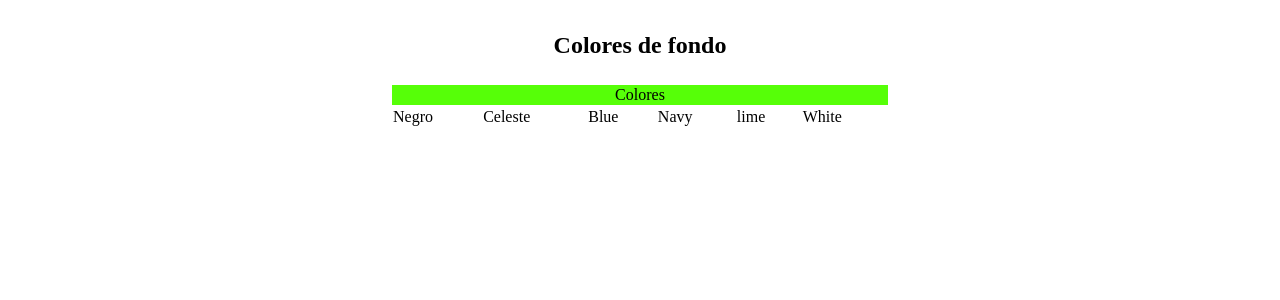
Repository: ThePerez/ArgProg
Page: Practicas ArgProg/Practica 3/Ejercicio 5/index.html
The author's editor kept a copy of each file at every save. The page is drawn from the files as they stood at one save, then again after the next save.
The browser window is 1280 px wide. The pictures show the whole page.

Above is the page before, as saved 2023-03-14 12:07:36.

### Practicas ArgProg/Practica 3/Ejercicio 5/index.html
<!DOCTYPE html>
<html lang="en">

<head>
     <meta charset="UTF-8">
     <meta http-equiv="X-UA-Compatible" content="IE=edge">
     <meta name="viewport" content="width=device-width, initial-scale=1.0">
     <title>Ejercicio 5</title>
     <link rel="stylesheet" href="styles.css">
</head>

<body>
     <div class="principal">
          <p id="title">Colores de fondo</p>
          <table class="table">
               <tr>
                    <td id="colores" colspan="7">Colores</td>
               </tr>

               <tr>
                    <td class="black">Negro</td>
                    <td id="celeste">Celeste</td>
                    <td id="blue">Blue</td>
                    <td id="navy">Navy</td>
                    <td id="lime">lime</td>
                    <td id="white">White</td>
               </tr>
          </table>
     </div>
</body>

</html>

### Practicas ArgProg/Practica 3/Ejercicio 5/styles.css
#title{
     font-weight: bold;
     font-size: x-large;
     text-align: center;
}

.principal{
     display: grid;
     place-content: center;
}

.table{
     border: 1px;
     width: 500px;
}

#colores{
     background-color: rgb(86, 255, 8);
     text-align: center;
}

negro{
     background-color: black;
}

After the next save:
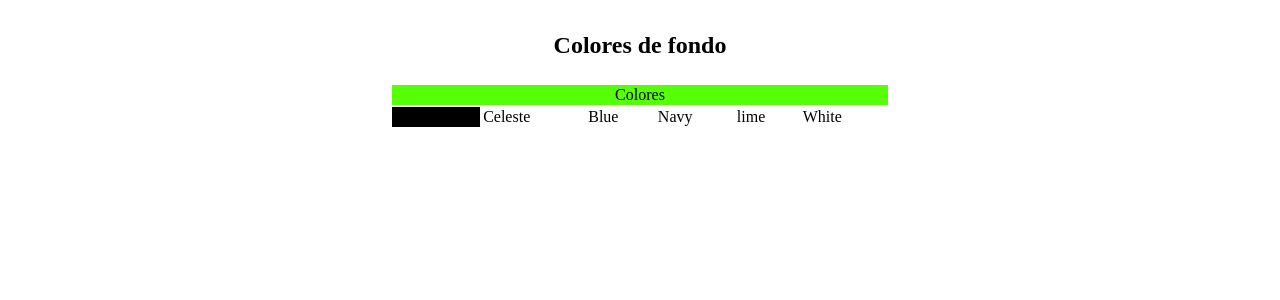
Saved 12 s later.
--- a/Practicas ArgProg/Practica 3/Ejercicio 5/styles.css
+++ b/Practicas ArgProg/Practica 3/Ejercicio 5/styles.css
@@ -19,6 +19,6 @@
      text-align: center;
 }
 
-negro{
+.black{
      background-color: black;
 }

After the save that followed:
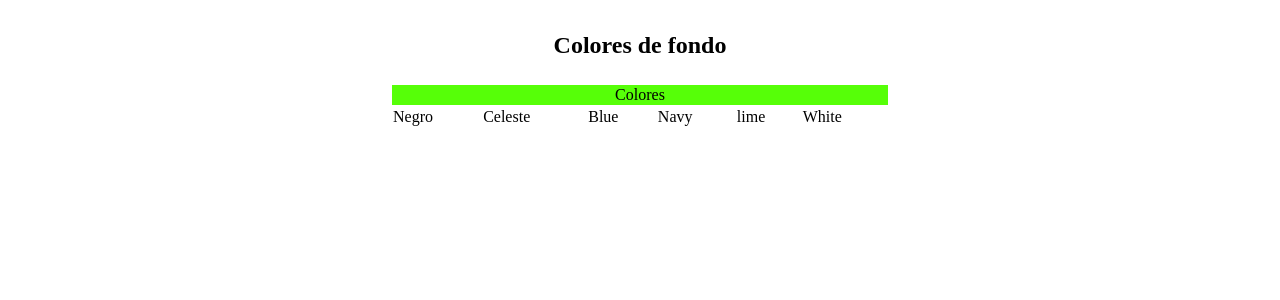
Saved 11 s later.
--- a/Practicas ArgProg/Practica 3/Ejercicio 5/index.html
+++ b/Practicas ArgProg/Practica 3/Ejercicio 5/index.html
@@ -18,7 +18,7 @@
                </tr>
 
                <tr>
-                    <td class="black">Negro</td>
+                    <td id="black">Negro</td>
                     <td id="celeste">Celeste</td>
                     <td id="blue">Blue</td>
                     <td id="navy">Navy</td>
